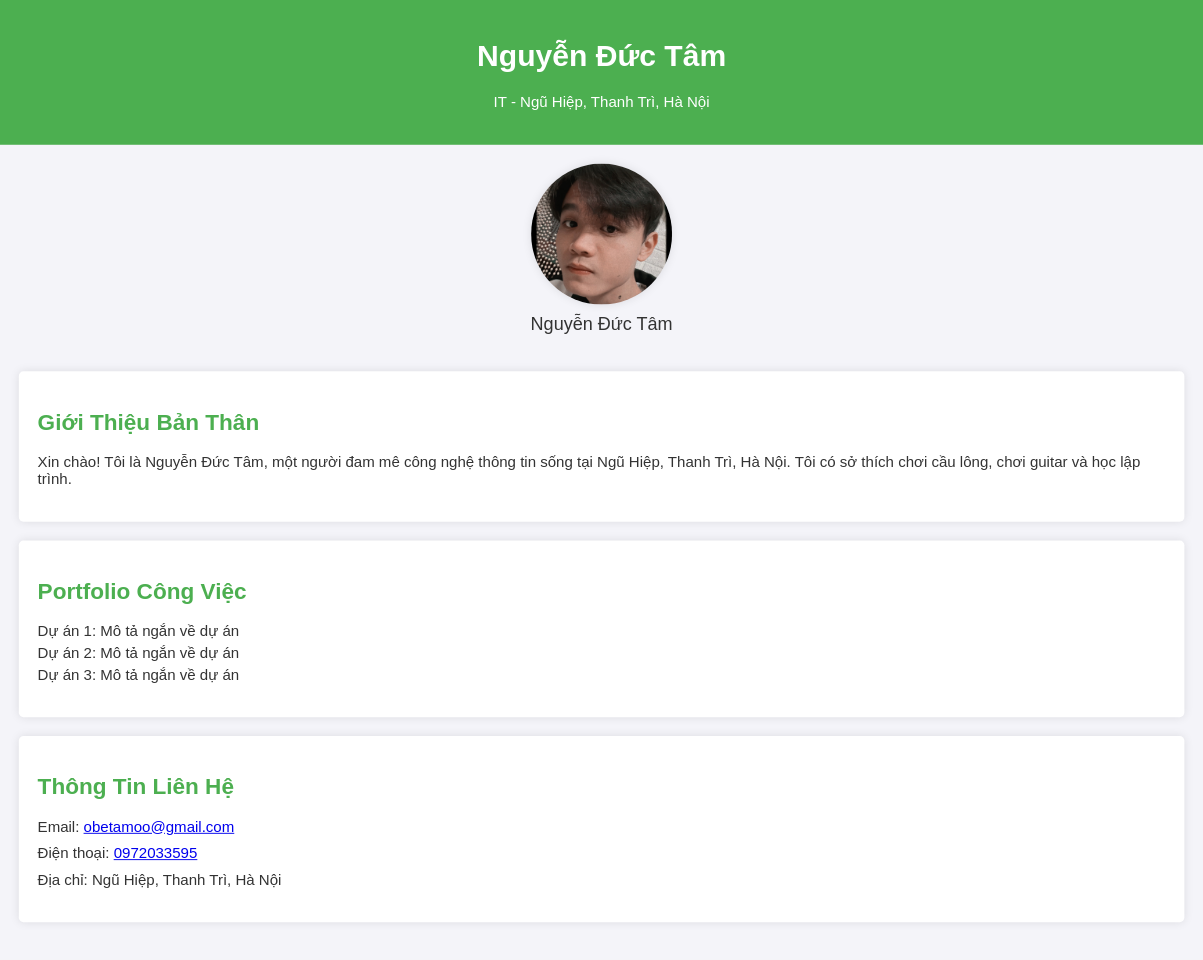
Repository: obetamoo/Introduce
Page: index.html
The author's editor kept a copy of each file at every save. The page is drawn from the files as they stood at one save, then again after the next save.
The browser window is 1280 px wide. The pictures show the whole page, at 94% of full size.

Above is the page before, as saved 2024-07-15 10:41:08.

After the next save:
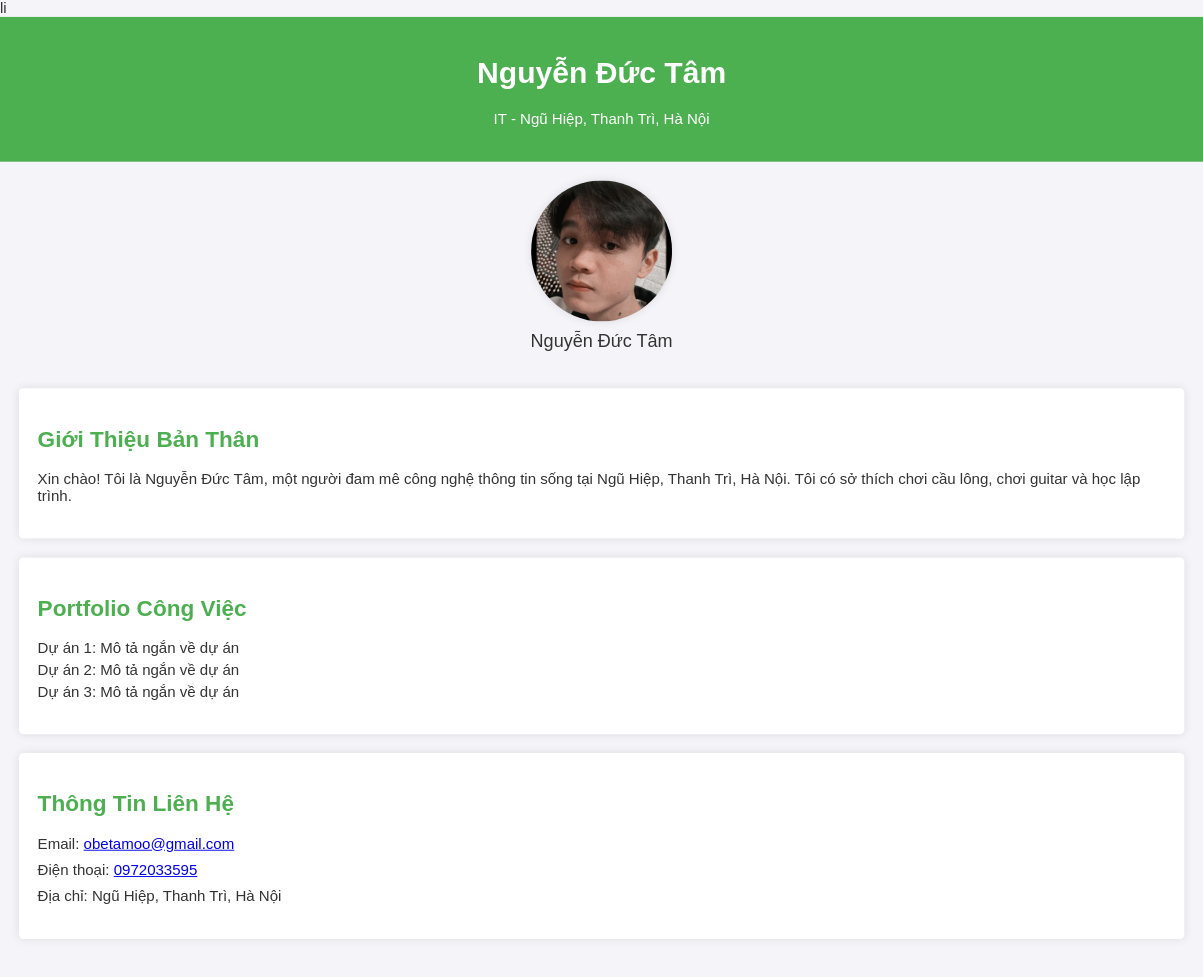
Saved 20 s later.
--- a/index.html
+++ b/index.html
@@ -5,6 +5,7 @@
     <meta name="viewport" content="width=device-width, initial-scale=1.0">
     <title>Nguyễn Đức Tâm - IT</title>
     <link rel="stylesheet" href="/asset/css/style.css">
+    li
 </head>
 <body>
     <header>

After the save that followed:
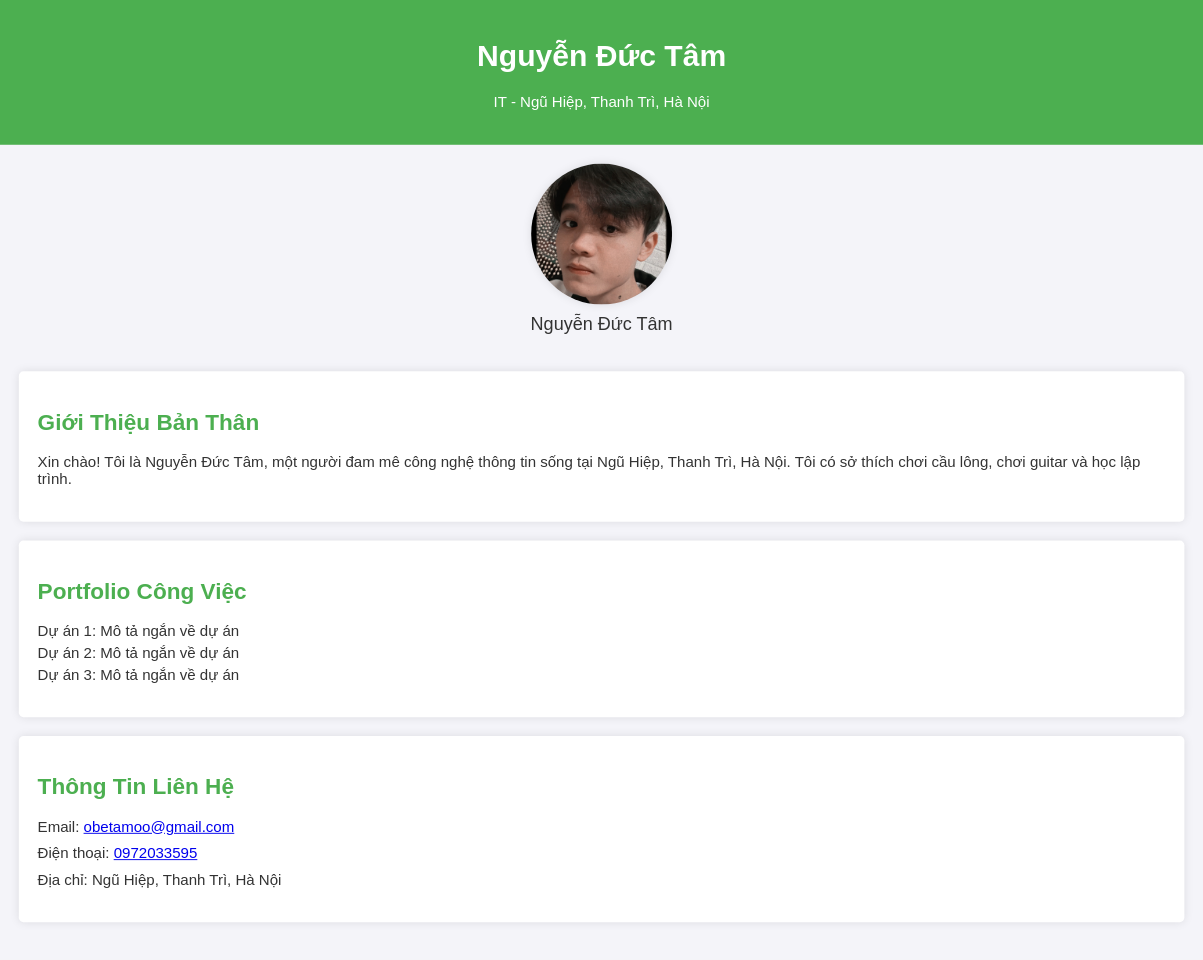
Saved 10 s later.
--- a/index.html
+++ b/index.html
@@ -5,7 +5,7 @@
     <meta name="viewport" content="width=device-width, initial-scale=1.0">
     <title>Nguyễn Đức Tâm - IT</title>
     <link rel="stylesheet" href="/asset/css/style.css">
-    li
+    <link rel="shortcut icon" href="favicon.ico" type="image/x-icon">
 </head>
 <body>
     <header>
